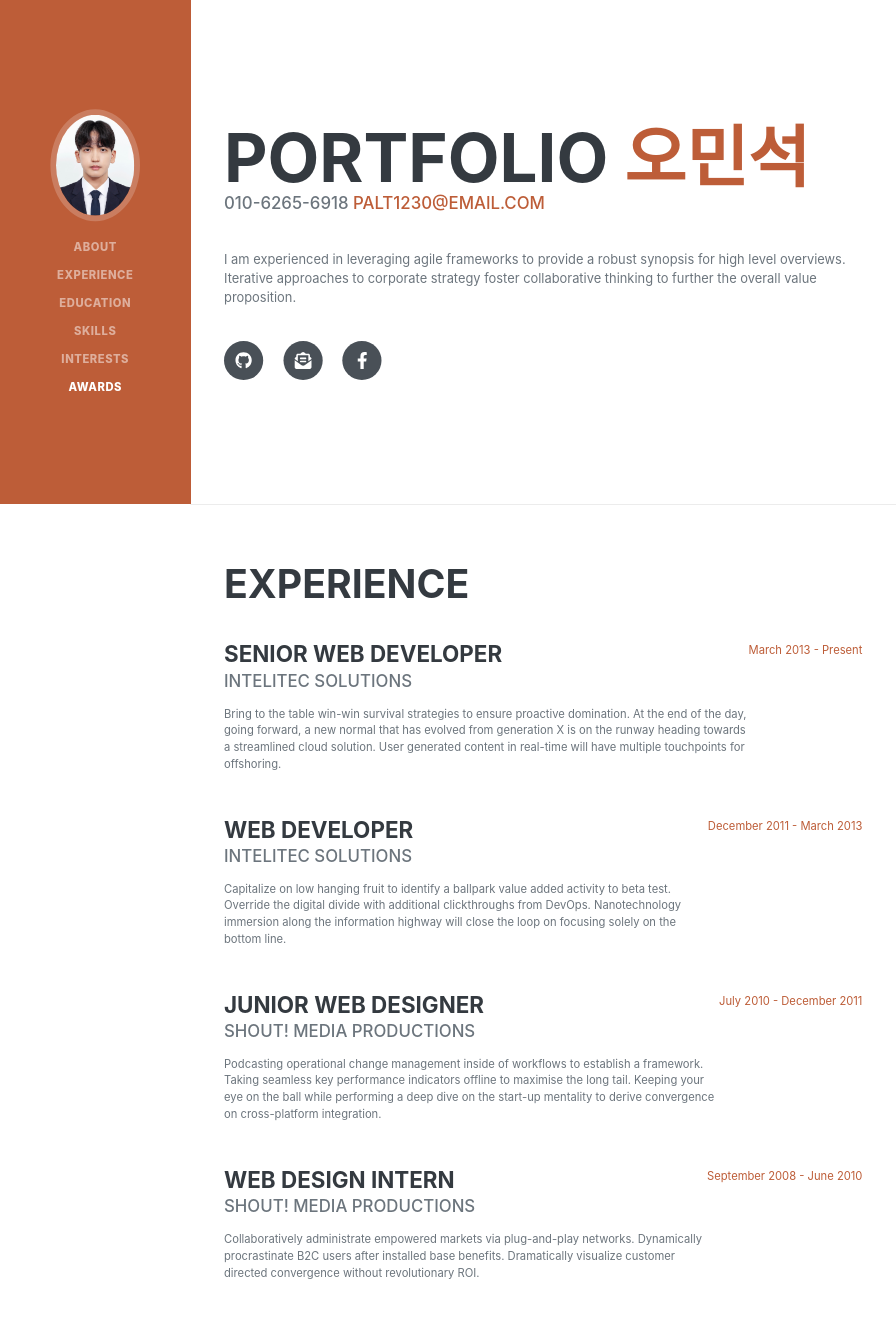
Repository: minsuk1/portfolio
Page: index.html
An editor plug-in stored every save of this project. The page is shown before and after the next save, followed by the edit.
The browser window is 1280 px wide. The pictures show the part of the page from y = 0 to 1920 px (the page is 4810 px tall), at 70% of full size.
Some web fonts or font styles are not loaded; a fallback is used.

Above is the page before, as saved 2021-01-01 10:35:12.

After the next save:
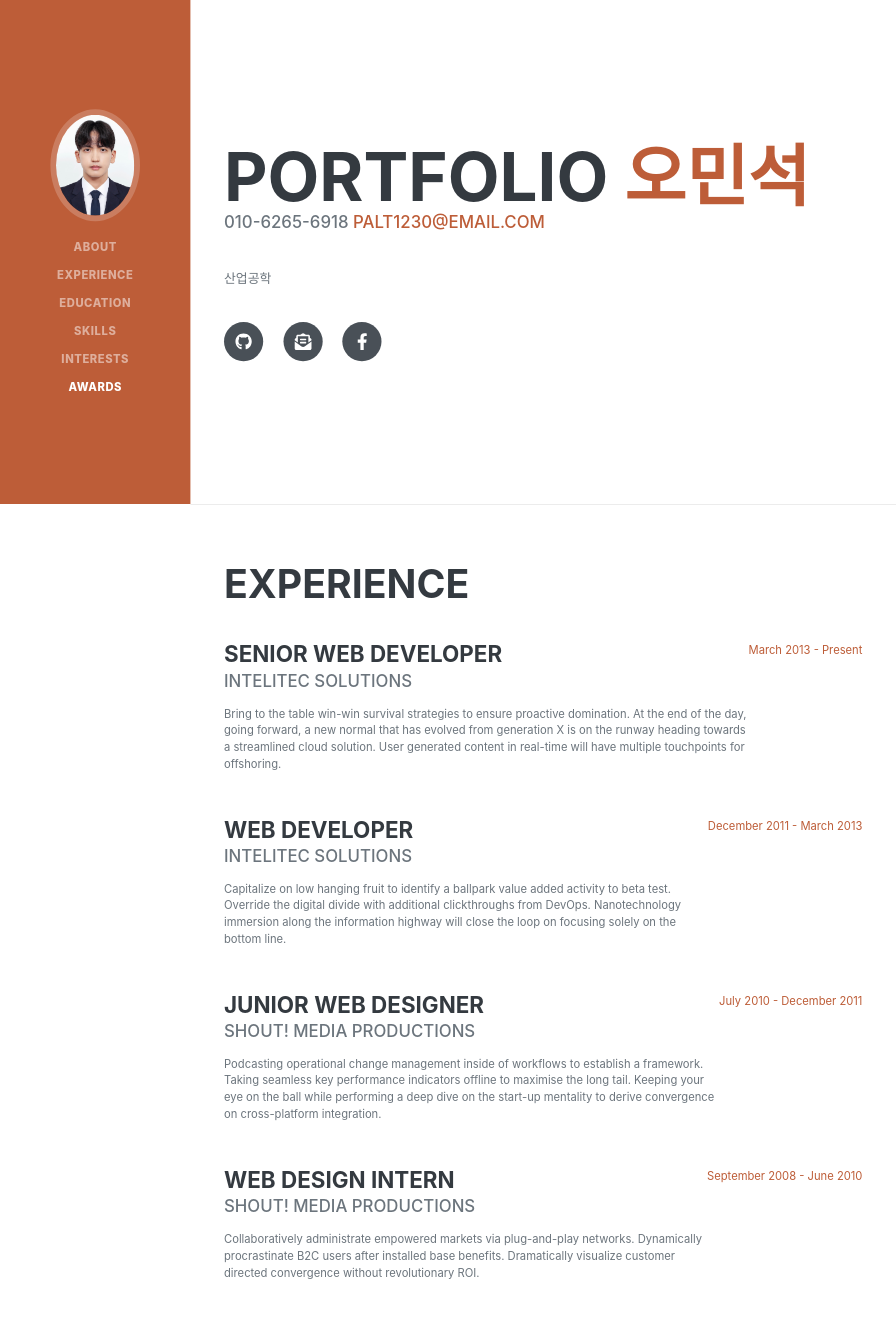
Saved 37 s later.
--- a/index.html
+++ b/index.html
@@ -47,7 +47,7 @@
                                   010-6265-6918
                         <a href="mailto:name@email.com">palt1230@email.com</a>
                     </div>
-                    <p class="lead mb-5">I am experienced in leveraging agile frameworks to provide a robust synopsis for high level overviews. Iterative approaches to corporate strategy foster collaborative thinking to further the overall value proposition.</p>
+                    <p class="lead mb-5">산업공학</p>
                     <div class="social-icons">
                         <a class="social-icon" href="https://github.com/minsuk1"><i class="fab fa-github"></i></a>
                         <a class="social-icon" href="https://velog.io/@minsuk"><i class="fas fa-envelope-open-text"></i></i></a>
